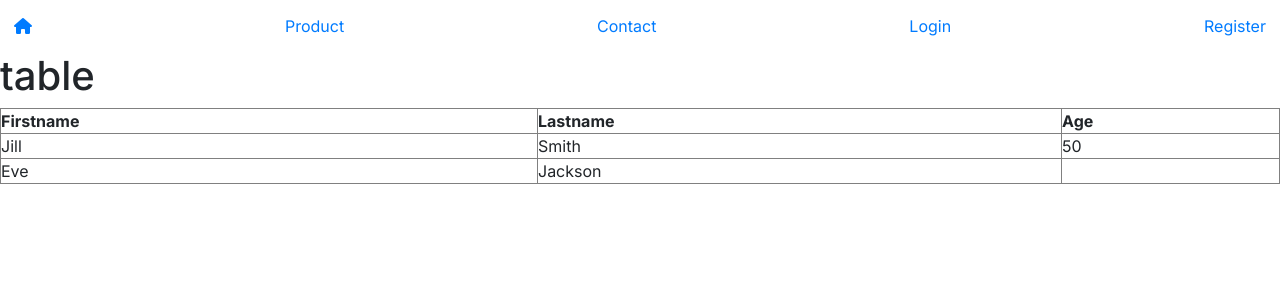
Repository: bao2222/hoc-lam-web
Page: About-me.html
These files come from the project's save history. The page is drawn as it stood at one moment and after the next save; the edit follows.
The browser window is 1280 px wide. The pictures show the whole page.
Some web fonts or font styles are not loaded; a fallback is used.

Above is the page before, as saved 2025-01-23 17:50:21.

After the next save:
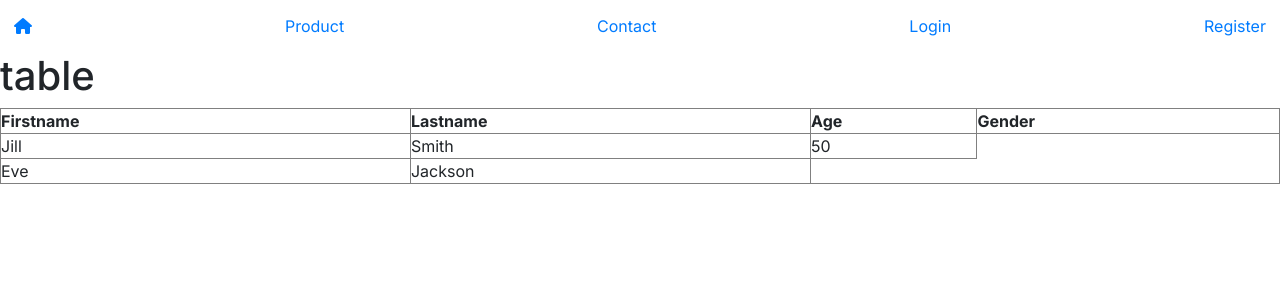
Saved 35 s later.
--- a/About-me.html
+++ b/About-me.html
@@ -46,6 +46,7 @@
                     <th>Firstname</th>
                     <th>Lastname</th>
                     <th>Age</th>
+                    <th>Gender</th>
                 </tr>
                 <tr>
                     <td>Jill</td>
